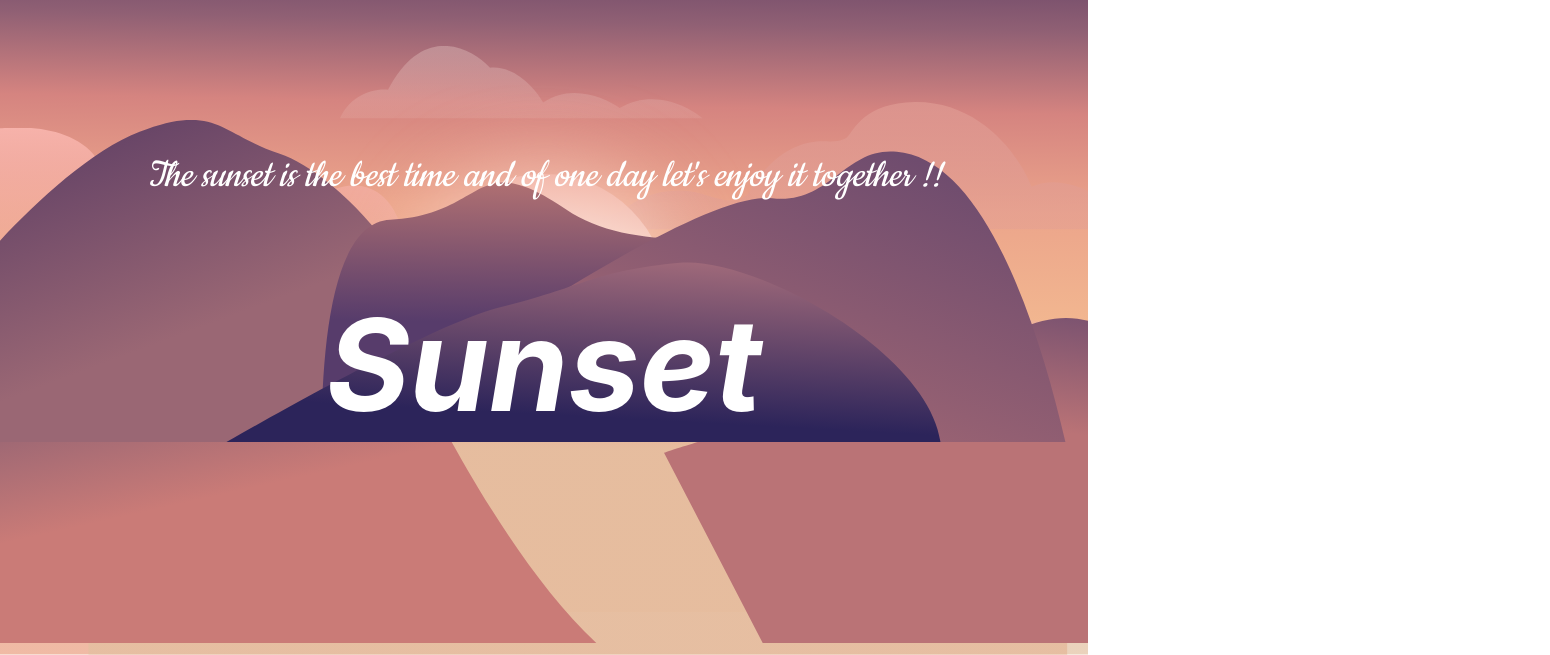
Repository: nambui98/parallax
Page: /
The author's editor kept a copy of each file at every save. The page is drawn from the files as they stood at one save, then again after the next save.
The browser window is 1280 px wide. The page is 1280 px wide, then 1824 px, then 1280 px, so the pictures cover 1824 px, including what lies to the right of the window. The pictures show the whole page, at 85% of full size.
The project was rebuilt for these pictures with package versions that can differ from the ones it lists, and the page was loaded fresh each time. Also part of the build but not shown: vite.config.ts.

Above is the page before, as saved 2022-03-24 13:03:25.

After the next save:
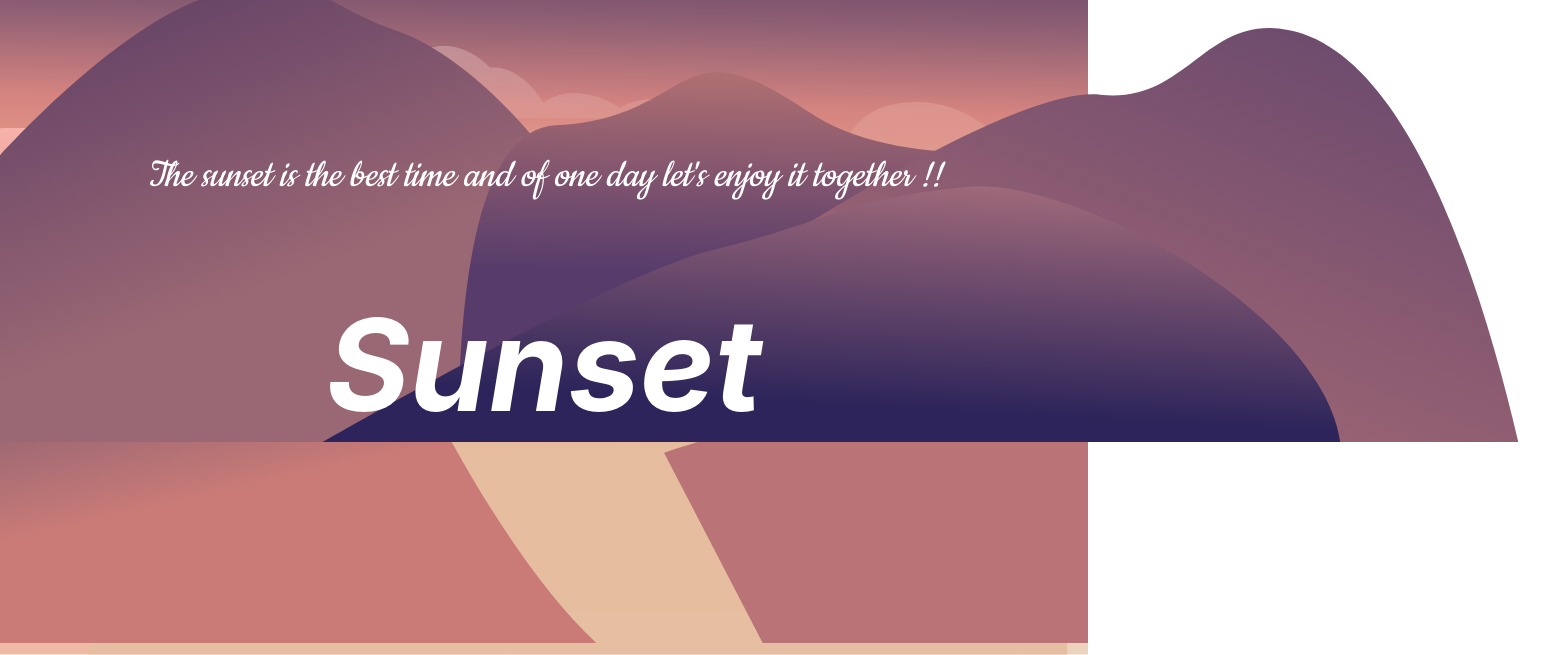
Saved 5 s later.
--- a/src/App.scss
+++ b/src/App.scss
@@ -75,7 +75,7 @@
       width: 100%;
     }
     &.bg_9{
-      width: 100%;
+      // width: 100%;
       bottom: 20rem;
     }
   }

After the save that followed:
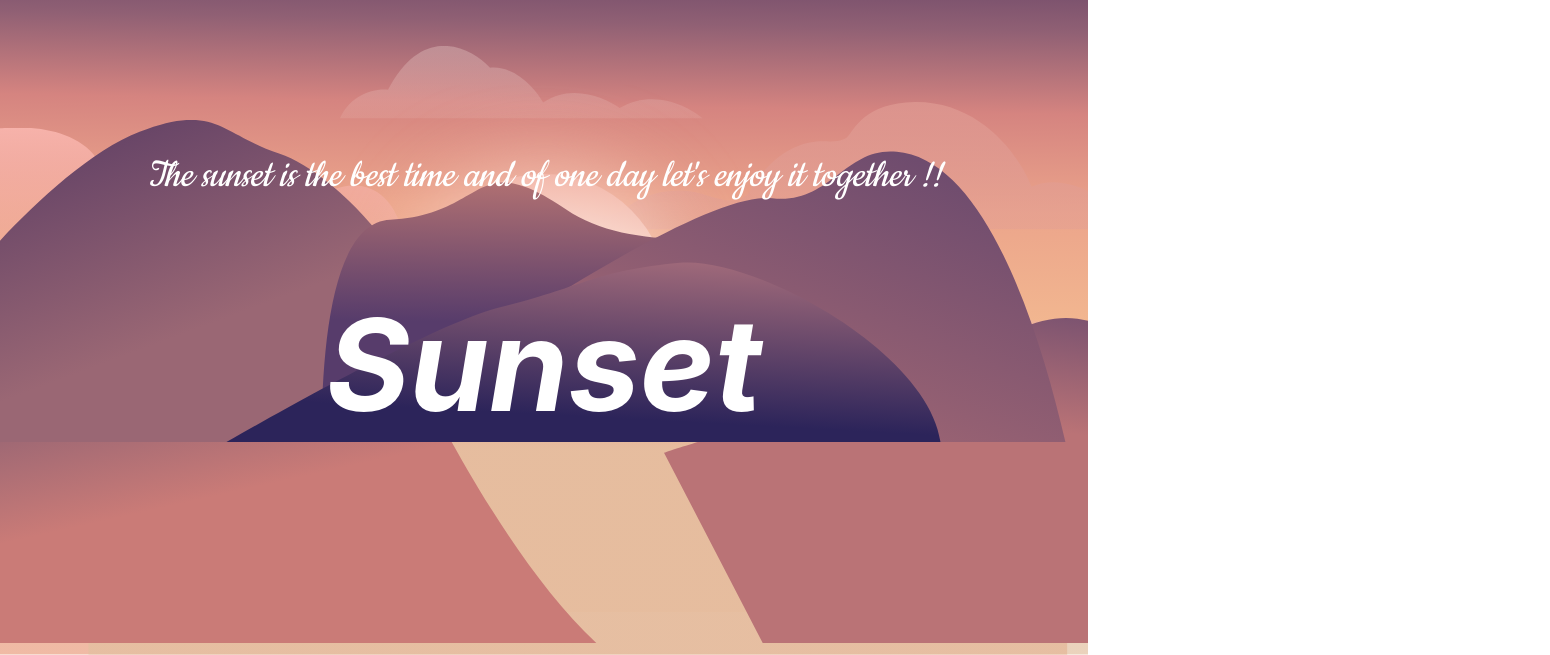
Saved 12 s later.
--- a/src/App.scss
+++ b/src/App.scss
@@ -75,7 +75,7 @@
       width: 100%;
     }
     &.bg_9{
-      // width: 100%;
+      width: 100%;
       bottom: 20rem;
     }
   }
